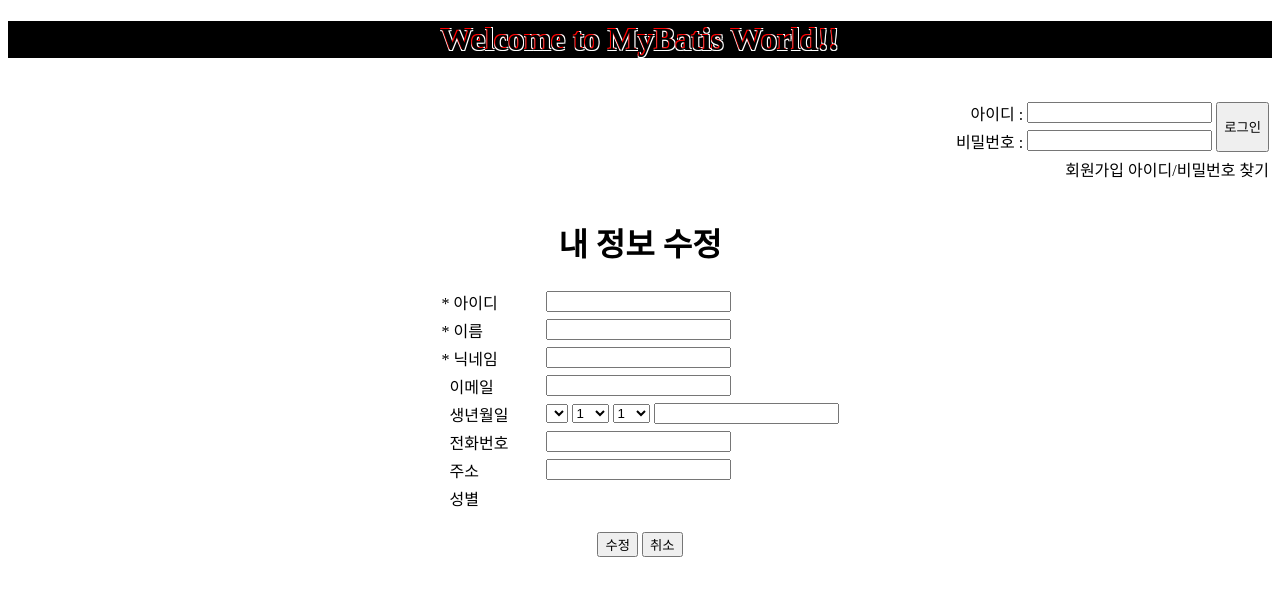
Repository: SoulJ-K/myBatis
Page: http://localhost/1_MyBatis/views/member/memberUpdateForm.jsp
These files come from the project's save history. The page is drawn as it stood at one moment and after the next save; the edit follows.
The browser window is 1280 px wide. The pictures show the whole page.
The page is served by Tomcat 9.

Above is the page before, as saved 2020-05-06 17:02:23.

After the next save:
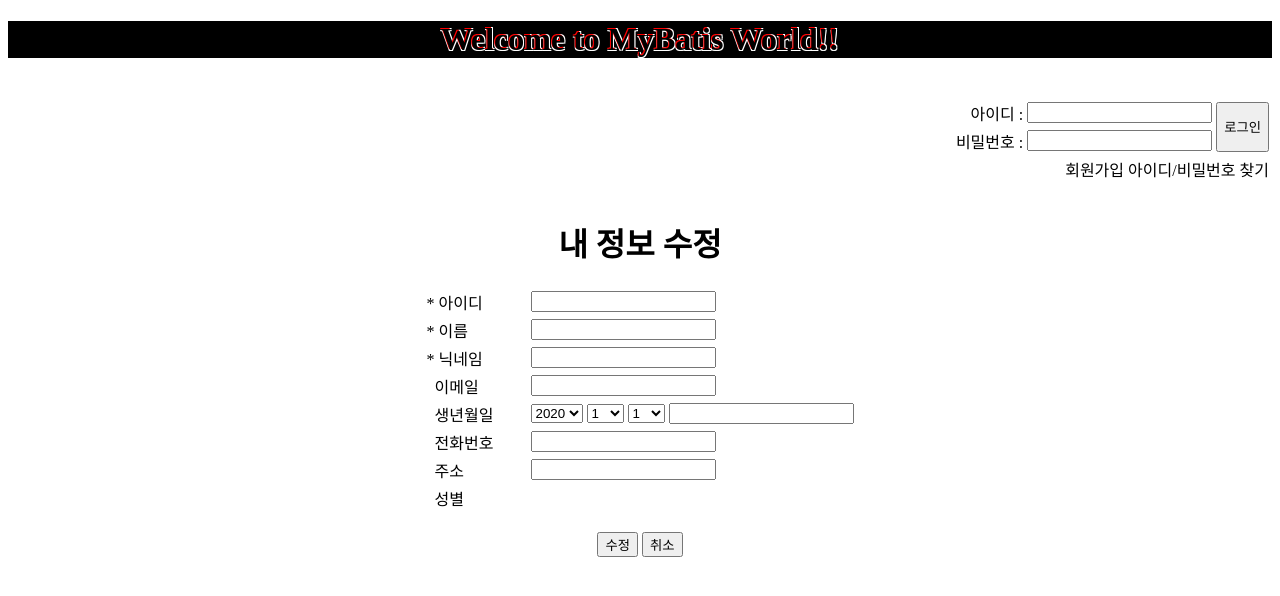
Saved 31 s later.
--- a/1_MyBatis/WebContent/views/member/memberUpdateForm.jsp
+++ b/1_MyBatis/WebContent/views/member/memberUpdateForm.jsp
@@ -45,6 +45,7 @@
 							 <c:if test="${ fn:substring(param.birthDay, 0, 4 != i }">
 								<option value="${ i }">${ i }</option>
 							</c:if> --%>
+							<option value="${ i }" selected>${ i }</option>
 						</c:forEach>
 					</select>
 
